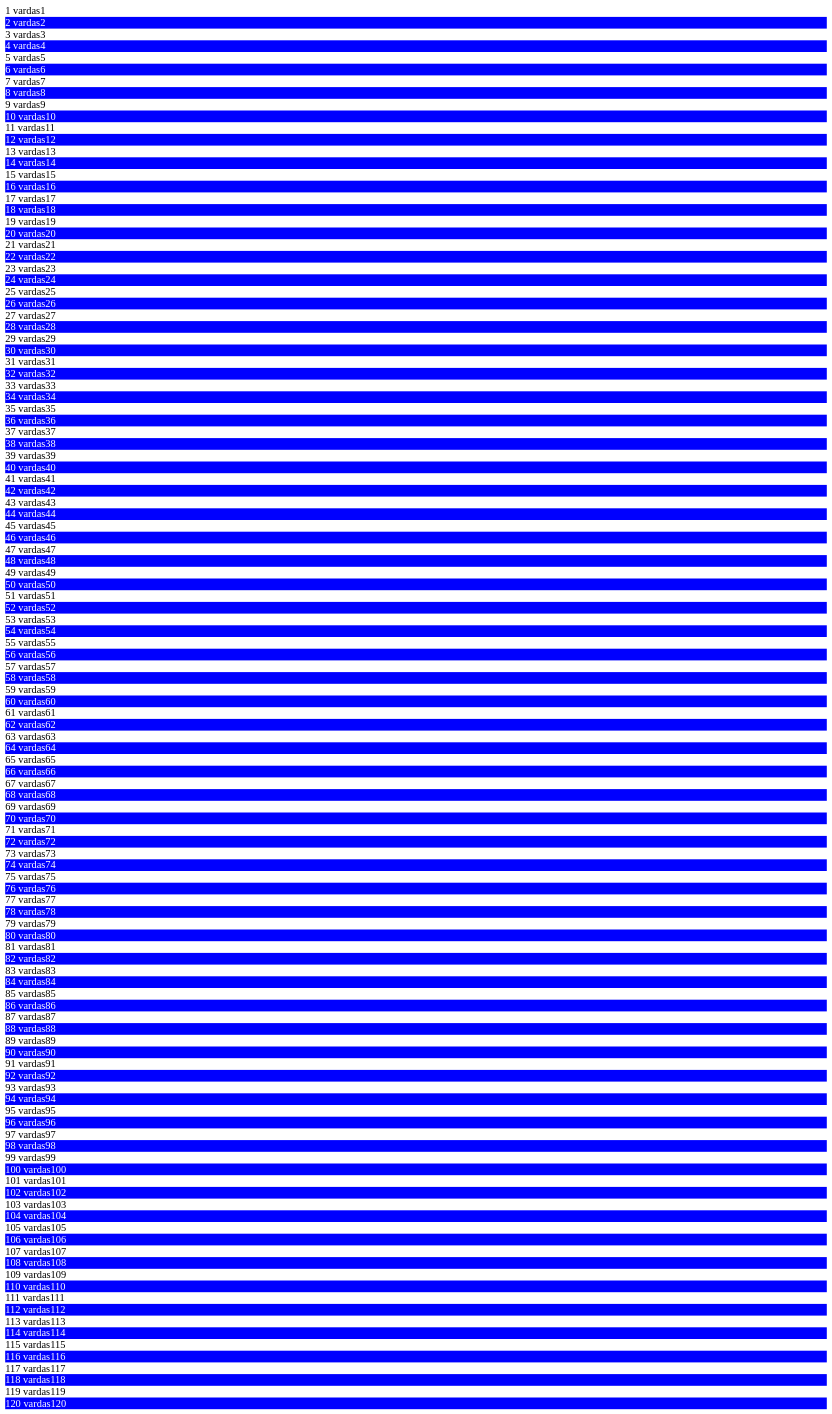
Repository: motiejus1/27-paskaita-05.31
Page: index.html
The author's editor kept a copy of each file at every save. The page is drawn from the files as they stood at one save, then again after the next save.
The browser window is 1280 px wide. The pictures show the whole page, at 65% of full size.

Above is the page before, as saved 2021-07-15 19:46:52.

### index.html
<!DOCTYPE html>
<html lang="en">
<head>
    <meta charset="UTF-8">
    <meta http-equiv="X-UA-Compatible" content="IE=edge">
    <meta name="viewport" content="width=device-width, initial-scale=1.0">
    <title>27 paskaita</title>
    <style>
        .melynas {
            background-color: blue;
            color:white;
        }
    </style>
</head>
<body>
    <div class="container">
    </div>
    <script>
        "use strict";
        // Susikurti objektų masyvą:
        // * Masyve 100 objekto elementų.
        // * Objekto vidiniai kintamieji: id, vardas.
        // * Vardas reikšmė = vardas1,vardas2 ir t.t.
        // * Id reikšmė = 1, 2 ir t.t.

        //Pagal sukurtą objektų masyvą, sukurti tiek pat div elementų,
        // kuriuose išvedamas id ir vardas.
        //Kas antras div - mėlynas.



        //kaip tiek objektu sukurti? +
        //kaip juos patalpinti i masyva?


        //Ciklas
        // javascript for loop


        var testObjektas = {
            id: 58,
            vardas: "vardas58"
        }

        // testObjektas.id;
        // testObjektas.vardas;

        var container = document.querySelector(".container");
        var masyvas = []; //sukuriamas tuscias masyvas viena karta


        //Objektu masyvo kurimas
        for (var i=0; i < 120; i++) {
            // Vardas reikšmė = vardas1,vardas2 ir t.t.
            // var masyvas = [];
            var masyvoObjektas = {
                id: i+1,
                vardas: "vardas" + (i+1)
            }; //Sukuria objekta
            masyvas.push(masyvoObjektas); // patalpina objekta i masyva
            // console.log(masyvoObjektas);
        }

        //Elementu isvedimui/atvaizdavimui
        // 55 iki 65 elementu
        // Atvaizduos tik lyginius elementus pagal id reiksme

        // 100
        for(var i=0; i<masyvas.length; i++) {
            // masyvas[i] - vienas objektas
            //masyvoObjektas.id
            var div = document.createElement("div"); // void
            //div kintamajame butu id ir vardas
            //kas antras elementas butu melynas

            // var isvedimoElementas = document.querySelector(".kazkas");
            // kintamasis = "<p>Tekstas</p>"
            //isvedimoElementas.innerHTML = kintamasis; - isvedamas rezultatas interpretuojamas kaip HTML.
            // Tekstas
            //isvedimoElementas.innerText = kintamasis;- isvedamas rezultatas interpretuojamas kaip tekstas
            //<p>Tekstas</p>

            div.innerHTML = masyvas[i].id + " " + masyvas[i].vardas;

            if(masyvas[i].id % 2 == 0) {
                console.log(masyvas[i]);
                div.classList.add("melynas");
            }

            container.append(div);
        }


        // console.log(masyvas);

        // console.log(masyvas[54]);
        // console.log(masyvas[0]);
        // console.log(masyvas[99]);

    </script>
</body>
</html>

After the next save:
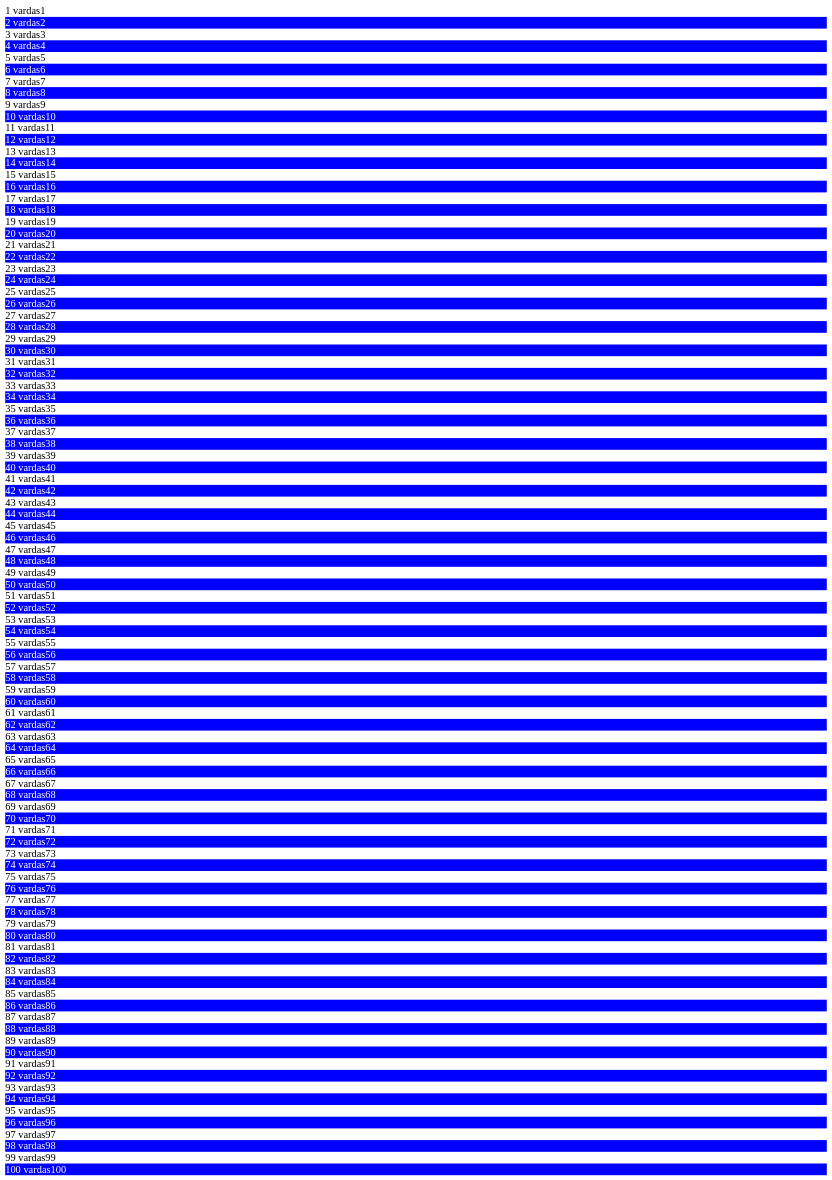
Saved 24 s later.
--- a/index.html
+++ b/index.html
@@ -50,7 +50,7 @@
 
 
         //Objektu masyvo kurimas
-        for (var i=0; i < 120; i++) {
+        for (var i=0; i < 100; i++) {
             // Vardas reikšmė = vardas1,vardas2 ir t.t.
             // var masyvas = [];
             var masyvoObjektas = {
